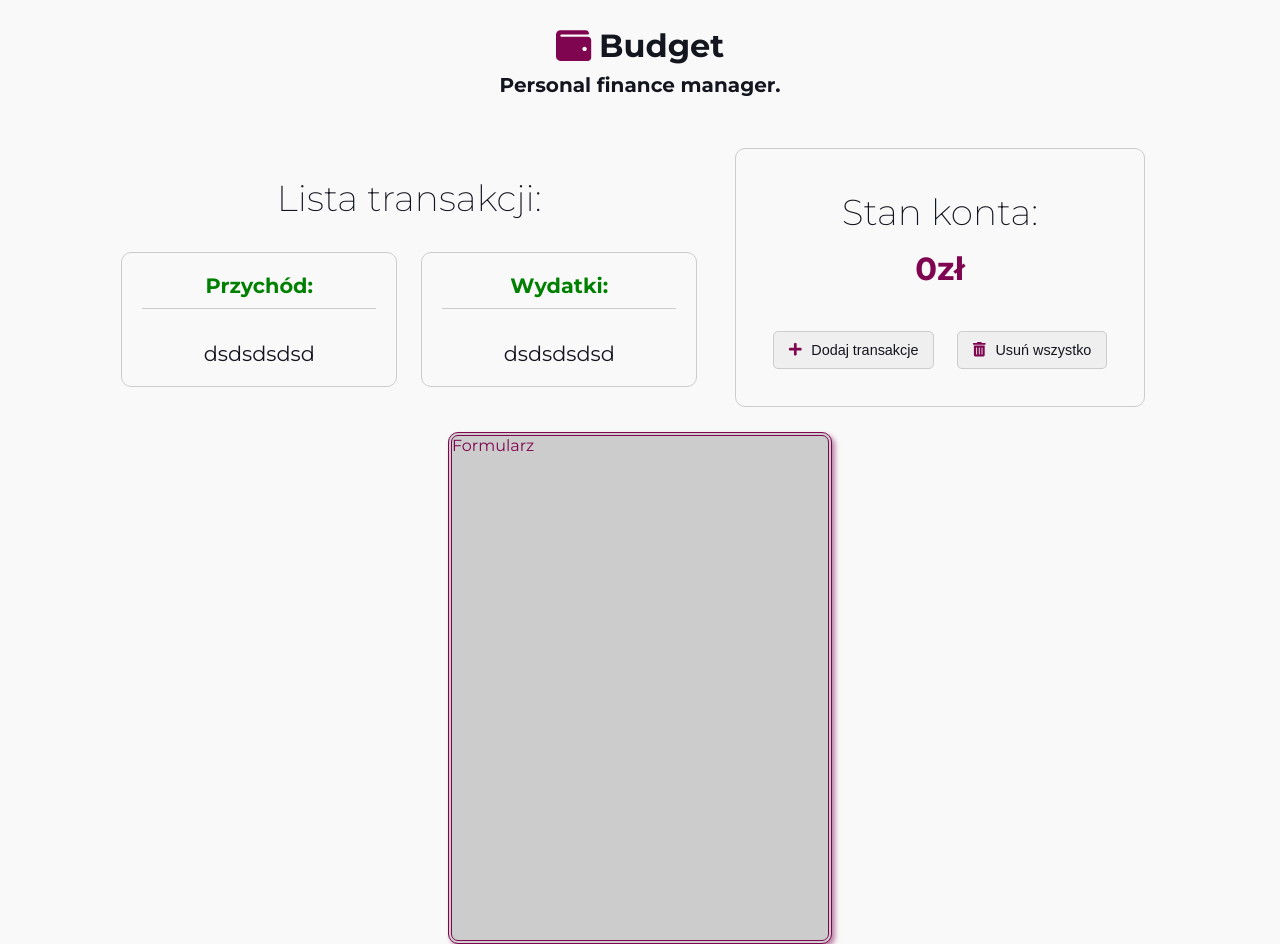
Repository: KrzysKolo/sr_tydzien4_zad4
Page: /
The author's editor kept a copy of each file at every save. The page is drawn from the files as they stood at one save, then again after the next save.
The browser window is 1280 px wide. The pictures show the whole page.
Some web libraries are served in a nearby version. The project was rebuilt for these pictures with package versions that can differ from the ones it lists, and the page was loaded fresh each time.

Above is the page before, as saved 2020-11-30 10:01:08.

### public/index.html
<!DOCTYPE html>
<html lang="en">
  <head>
    <meta charset="utf-8" />
    <link rel="icon" href="%PUBLIC_URL%/favicon.ico" />
    <meta name="viewport" content="width=device-width, initial-scale=1" />
    <meta name="theme-color" content="#000000" />
    <meta
      name="description"
      content="Web site created using create-react-app"
    />
    <link rel="apple-touch-icon" href="%PUBLIC_URL%/logo192.png" />
    <!--
      manifest.json provides metadata used when your web app is installed on a
      user's mobile device or desktop. See https://developers.google.com/web/fundamentals/web-app-manifest/
    -->
    <link rel="manifest" href="%PUBLIC_URL%/manifest.json" />
    <!--
      Notice the use of %PUBLIC_URL% in the tags above.
      It will be replaced with the URL of the `public` folder during the build.
      Only files inside the `public` folder can be referenced from the HTML.

      Unlike "/favicon.ico" or "favicon.ico", "%PUBLIC_URL%/favicon.ico" will
      work correctly both with client-side routing and a non-root public URL.
      Learn how to configure a non-root public URL by running `npm run build`.
    -->
    <link
      href="https://fonts.googleapis.com/css?family=Montserrat:200,400,700&display=swap&subset=latin-ext"
      rel="stylesheet"
    />
    <script
      src="https://kit.fontawesome.com/327a0d490c.js"
      crossorigin="anonymous"
    ></script>
    <title>Budget</title>
  </head>
  <body>
    <noscript>You need to enable JavaScript to run this app.</noscript>
    <div id="root"></div>
    <!--
      This HTML file is a template.
      If you open it directly in the browser, you will see an empty page.

      You can add webfonts, meta tags, or analytics to this file.
      The build step will place the bundled scripts into the <body> tag.

      To begin the development, run `npm start` or `yarn start`.
      To create a production bundle, use `npm run build` or `yarn build`.
    -->
  </body>
</html>

### src/App.js
import React from 'react';
import Budget from './components/Budget'

const App = () => {
  return (
    <>
      <Budget/>
    </>
  )
}

export default App;

### src/components/Budget.js
import React from 'react';
import Header from './budgetComponents/Header';
import Section from './budgetComponents/Section';
import SectionInfo from './budgetComponents/SectionInfo';
import H2 from './budgetComponents/sectionComponents/H2';
import Form from './budgetComponents/Form';
import styled, { createGlobalStyle } from 'styled-components';

const GlobalStyle = createGlobalStyle`
    * {
        padding: 0;
        margin: 0;
        box-sizing: border-box;
    }
    body {
        background-color: #f9f9f9;
        color: #14161f;
        font-family: "Montserrat", sans-serif;
        font-size: 16px;
        min-height: 100vh;
    }
    `;
const Container = styled.main`
    font-size: 1.5rem;
`;
const SectionContainer = styled.section`
    display: flex;
    flex-direction: row;
    justify-content: center;
    align-items: center;
`;
const SectionBudget = styled.section`
    display: flex;
    flex-direction: column;
    justify-content: center;
    align-items: center;
`;
const DivItems = styled.div`
    display: flex;
    flex-direction: row;
    justify-content: center;
    align-items: center;

`;
const Budget = () => {
    return (
        <>
            <GlobalStyle />
            <Container>
                <Header />
                <SectionContainer>
                    <SectionBudget>
                        <H2 title={"Lista transakcji"} />
                        <DivItems>
                            <Section title={"Przychód"} label={"p"}/>
                            <Section title={"Wydatki"}/>
                        </DivItems>
                    </SectionBudget>
                    <SectionInfo title={"Stan konta"}/>
                </SectionContainer>
            </Container>
            <Form />
        </>
    )
}

export default Budget;

### src/components/budgetComponents/Header.js
import React from 'react';
import styled from 'styled-components';
import { FontAwesomeIcon } from '@fortawesome/react-fontawesome';
import { faWallet } from '@fortawesome/free-solid-svg-icons';

const SectionHeader = styled.header`
    align-items: center;
    color: rgb(127, 5, 80);
    display: flex;
    font-size: 2.2rem;
    flex-direction: column;
    justify-content: center;
    padding: 2%;
`;
const DivHeader = styled.div`
    align-items: center;
    display: flex;
    flex-direction: row;
    justify-content: center;
    margin-bottom: 0.5rem;
`;
const H1Header = styled.h1`
    color: #14161f;
    font-size: 2rem;
    margin-left: .5rem;
`;
const H2Header = styled.h2`
    color: #14161f;
    font-size: 1.25rem;
`;
const Header = () => {
    return (
        <SectionHeader>
            <DivHeader>
                <FontAwesomeIcon icon={faWallet}/>
                <H1Header>Budget</H1Header>
            </DivHeader>
            <H2Header>Personal finance manager.</H2Header>
        </SectionHeader>
    )
}

export default Header;

### src/components/budgetComponents/Section.js
import React from 'react';
import H1 from './sectionComponents/H1';
import styled from 'styled-components';

const SectionWrapper = styled.section`
    border: 1px solid #ccc;
    border-radius: 10px;
    display: flex;
    flex-direction: column;
    font-size: 1.3rem;
    justify-content: center;
    align-items: center;
    margin: 2%;
    padding: 20px;
    width: 300px;
`;
const Section = ({ title, label }) => {
    return (
        <SectionWrapper>
           <H1 title={title} label={label}> </H1>
           <p>dsdsdsdsd</p>
        </SectionWrapper>
    )
}

export default Section;

### src/components/budgetComponents/SectionInfo.js
import React from 'react';
import H2 from './sectionComponents/H2';
import P from './sectionComponents/P';
import Button from './../buttons/Button';
import styled from 'styled-components';
import { FontAwesomeIcon } from '@fortawesome/react-fontawesome';
import { faEllipsisV, faHeart, faPlus,  faTrashAlt, faShareAlt, faAngleDown } from '@fortawesome/free-solid-svg-icons';
const SectionWrapper = styled.section`
    border: 1px solid #ccc;
    border-radius: 10px;
    display: flex;
    flex-direction: column;
    margin: 2vw;
    padding: 2%;
`;
const ButtonWrapper = styled.div`
    display: flex;
    flex-direction: row;
`;
const Section = ({ title }) => {
    return (
        <SectionWrapper>
           <H2 title={title}> </H2>
           <P />
           <ButtonWrapper>
                <Button title={"Dodaj transakcje"} icons={faPlus} type="submit"/>
                <Button title={"Usuń wszystko"} icons={faTrashAlt} type="submit"/>

           </ButtonWrapper>
        </SectionWrapper>
    )
}

export default Section;

### src/components/budgetComponents/sectionComponents/H2.js
import React from 'react'
import styled from 'styled-components';

const TitleH2 = styled.h2`
    font-weight: 200;
    margin: 2% auto;
    padding: 0.5rem;
`;

const H2 = ({title}) => {
    return (
        <TitleH2>
            {title}:
        </TitleH2>
    )
}

export default H2;

### src/components/budgetComponents/Form.js
import React from 'react';
import styled, { createGlobalStyle }from 'styled-components';

const FormWrapper = styled.form`
    background-color: #ccc;
    color: rgb(127, 5, 80);
    border: 4px double rgb(127, 5, 80);
    border-radius: 10px;
    box-shadow: 3px 3px 5px rgba(127, 5, 80, 0.5);
    width: 30vw;
    height: 40vw;
    margin: 0 auto;
`;

const Form = () => {
    return (
        <FormWrapper>
            Formularz
        </FormWrapper>
    )
}

export default Form;

### src/components/budgetComponents/sectionComponents/H1.js
import React from 'react'
import styled from 'styled-components';

const TitleH1 = styled.h1`
    border-bottom: 1px solid #ccc;
    color: ${label => label ? 'green' : 'red'};
    margin-bottom: 2rem;
    padding-bottom: 10px;
    display: block;
    width: 100%;
    text-align: center;
`;

const H1 = ({title, label}) => {
    return (
        <TitleH1>
            {title}:
        </TitleH1>
    )
}

export default H1;

### src/components/budgetComponents/sectionComponents/P.js
import React from 'react';
import styled from 'styled-components';

const InfoP = styled.p`
    color: rgb(127, 5, 80);
    font-size: 2rem;
    font-weight: bold;
    width: 100%auto;
    text-align: center;
    padding-bottom: 2rem;
`;

const P = () => {
    return (
        <InfoP>
            0zł
        </InfoP>
    )
}

export default P;

### src/components/buttons/Button.js
import React from 'react';
import styled from 'styled-components';
import { FontAwesomeIcon } from '@fortawesome/react-fontawesome';

const ButtonDiv = styled.button`
    border: 1px solid #ccc;
    border-radius: 5px;
    margin: 0.7rem;
    padding: 10px 15px;
    display: flex;
    flex-direction: row;
    color: rgb(127, 5, 80);
    font-size: 0.9rem;
    cursor: pointer;
    transition: 0.3s ease-in-out;
    &:hover {
        border: 1px solid rgba(127, 5, 80, 0.4);
        background-color:  #f9f9f9;
        color: rgba(127, 5, 80, 0.5);
    }
`;
const ButtobDiv = styled.div`
    margin-left: 10px;
    color: #14161f;
`;
const Button = ({ title, icons }) => {
    return (
        <ButtonDiv>
            <FontAwesomeIcon icon={icons} />
            <ButtobDiv>{title}</ButtobDiv>
        </ButtonDiv>
    )
}

export default Button;

Loaded but not shown: src/index.js (common file); src/index.css (common file)

After the next save:
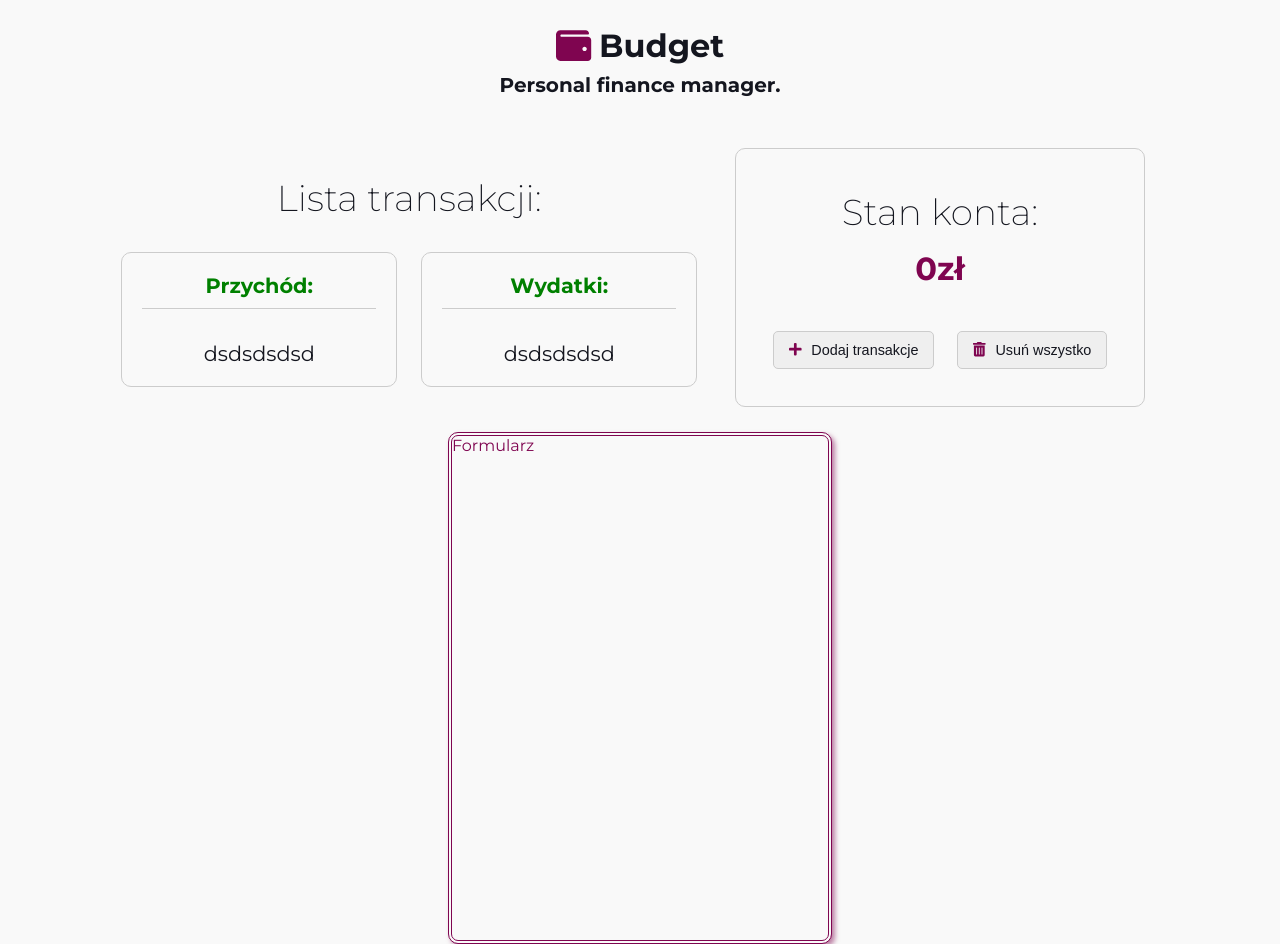
Saved 31 s later.
--- a/src/components/budgetComponents/Form.js
+++ b/src/components/budgetComponents/Form.js
@@ -2,7 +2,7 @@ import React from 'react';
 import styled, { createGlobalStyle }from 'styled-components';
 
 const FormWrapper = styled.form`
-    background-color: #ccc;
+    background-color: #f9f9f9;
     color: rgb(127, 5, 80);
     border: 4px double rgb(127, 5, 80);
     border-radius: 10px;
